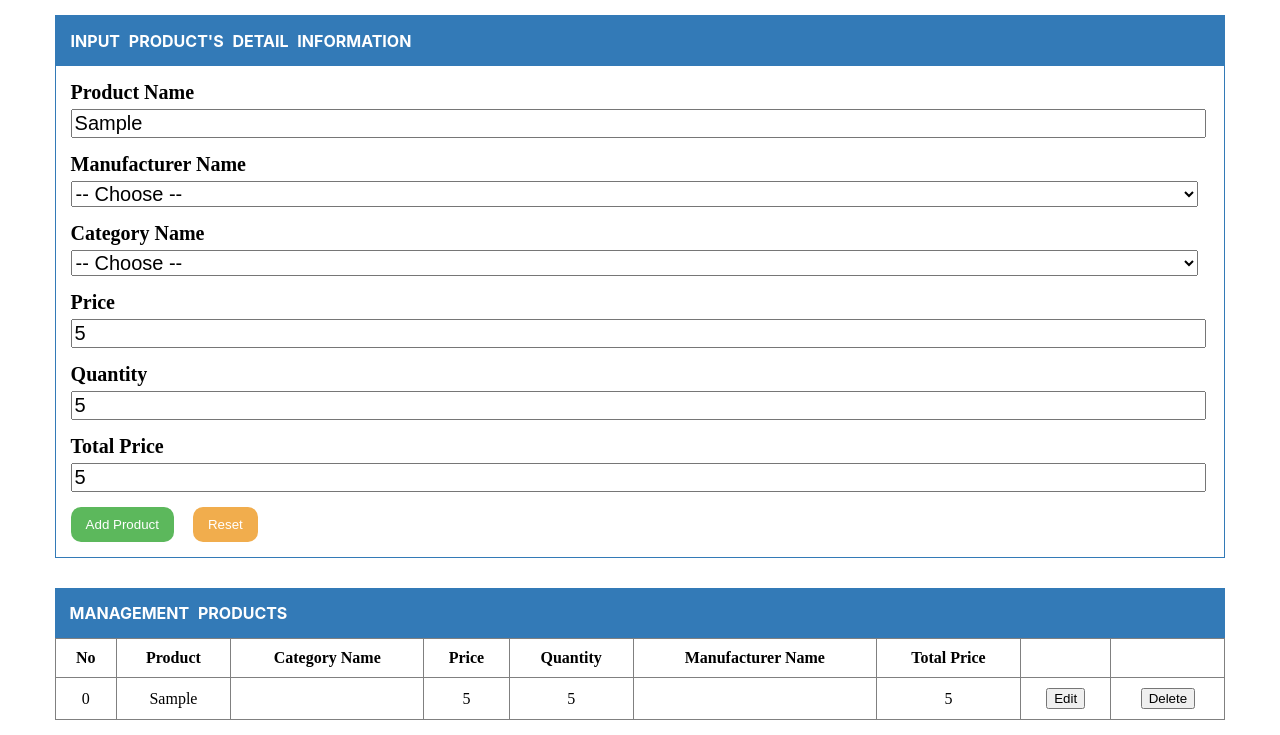
Repository: AnhDuc0125/HTML-Aptech
Page: bt2019/index.html
An editor plug-in stored every save of this project. The page is shown before and after the next save, followed by the edit.
The browser window is 1280 px wide. The pictures show the whole page.
Empty fields were first filled with sample values (such as "Sample", 5 or name@example.com).
After loading, the first visible `button.add-btn` was clicked once.

Above is the page before, as saved 2021-12-03 12:35:40.

After the next save:
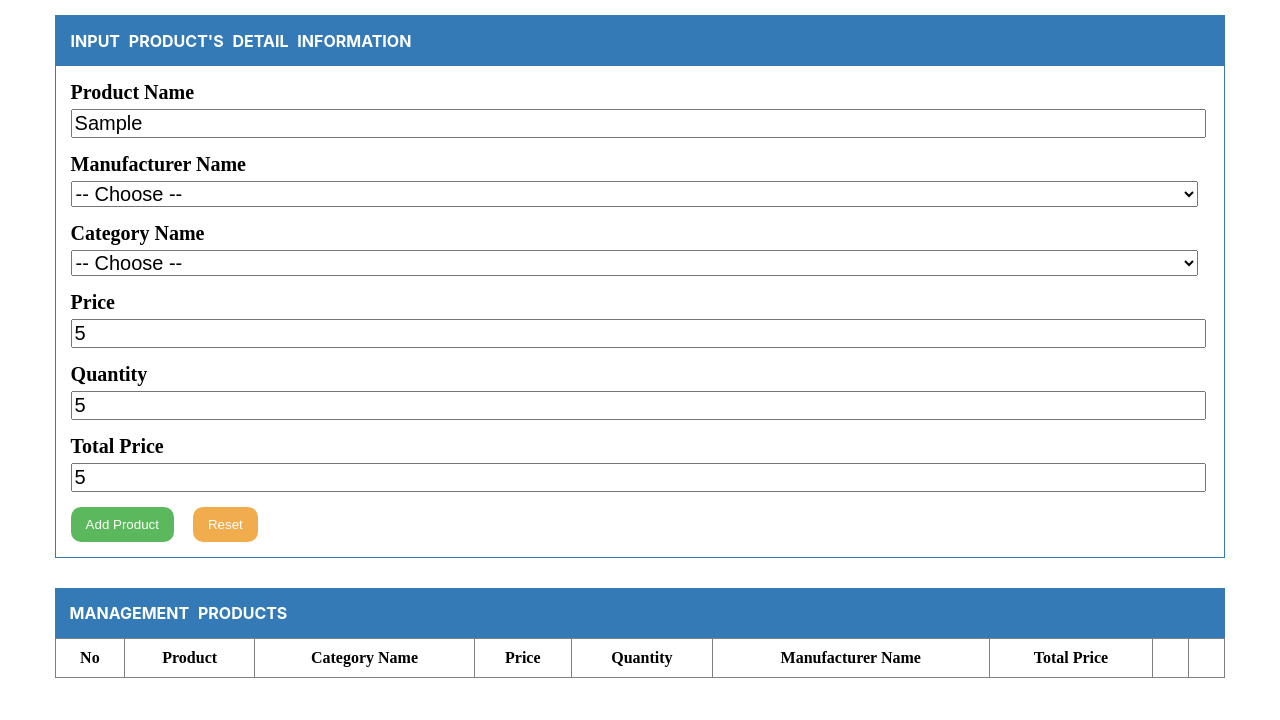
Console error: TypeError: Cannot read properties of undefined (reading 'productTag')
Saved 7 s later.
--- a/bt2019/index.html
+++ b/bt2019/index.html
@@ -191,7 +191,7 @@
 
                 document.getElementById('result').innerHTML += (`
                     <tr>
-                        <td>${index}</td>
+                        <td>${++index}</td>
                         <td>${productList[index].productTag}</td>
                         <td>${productList[index].cateTag}</td>
                         <td>${productList[index].priceTag}</td>

After the save that followed:
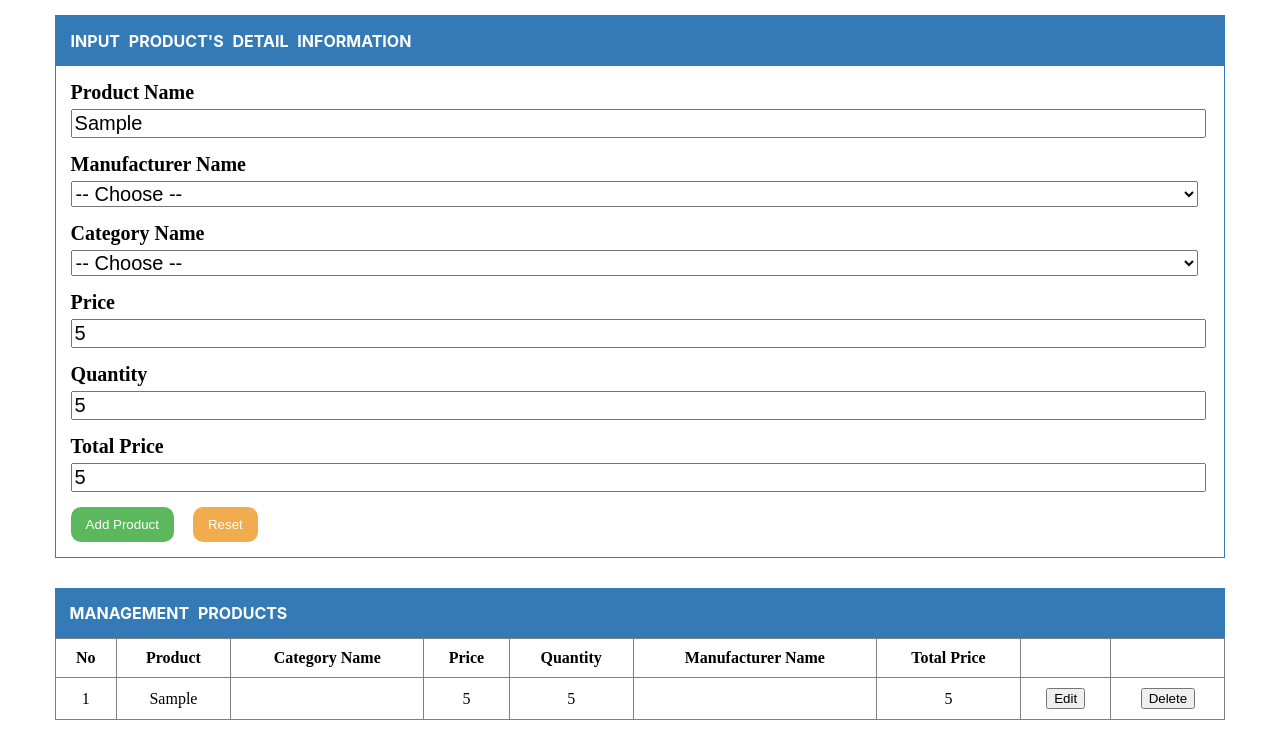
The error is gone.
Saved 7 s later.
--- a/bt2019/index.html
+++ b/bt2019/index.html
@@ -191,7 +191,7 @@
 
                 document.getElementById('result').innerHTML += (`
                     <tr>
-                        <td>${++index}</td>
+                        <td>${index+1}</td>
                         <td>${productList[index].productTag}</td>
                         <td>${productList[index].cateTag}</td>
                         <td>${productList[index].priceTag}</td>
